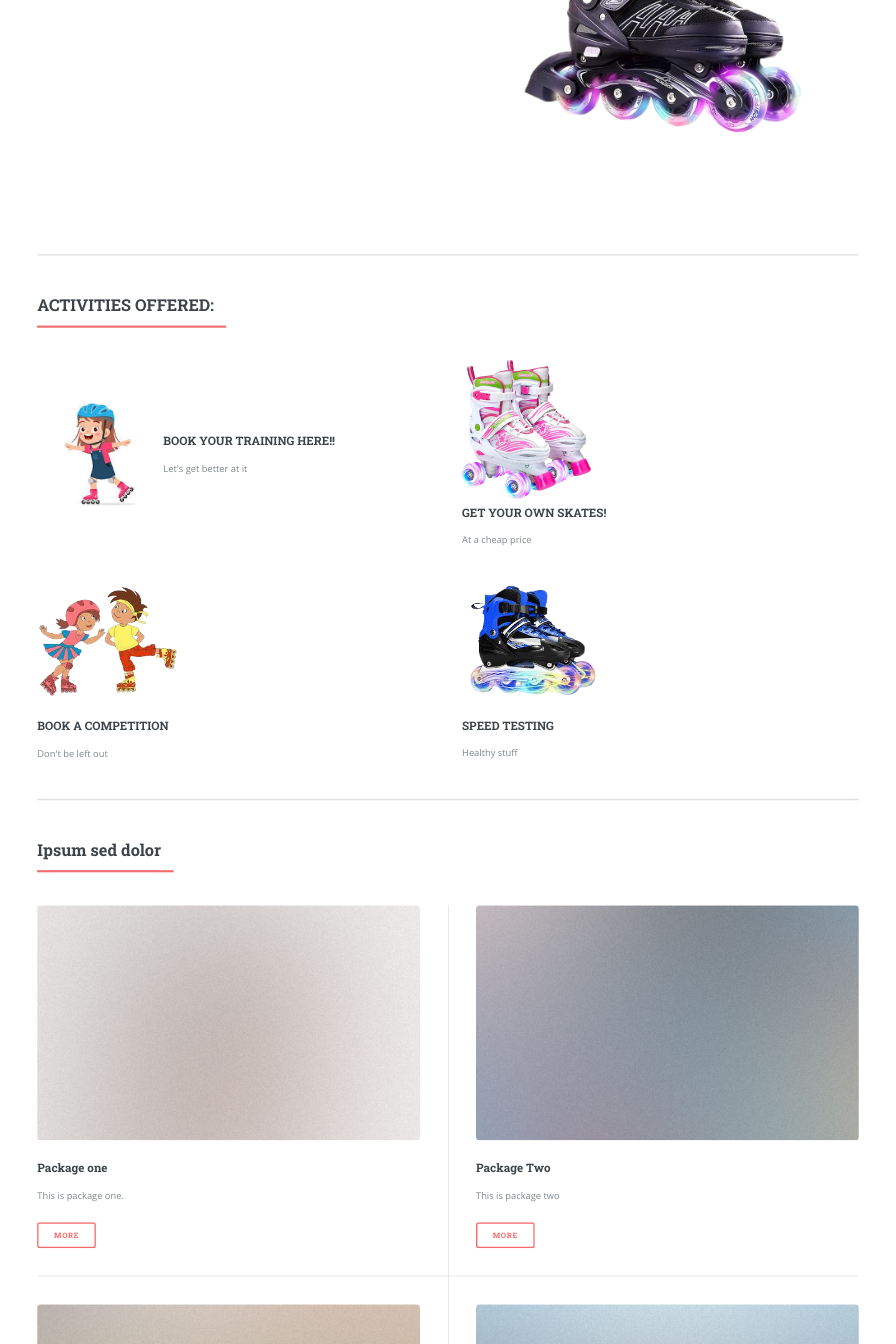
Repository: rachel648/New_Elite
Page: index.html
The author's editor kept a copy of each file at every save. The page is drawn from the files as they stood at one save, then again after the next save.
The browser window is 1280 px wide. The pictures show the part of the page from y = 443 to 2363 px (the page is 3423 px tall), at 70% of full size.

Above is the page before, as saved 2024-10-14 14:21:27.

After the next save:
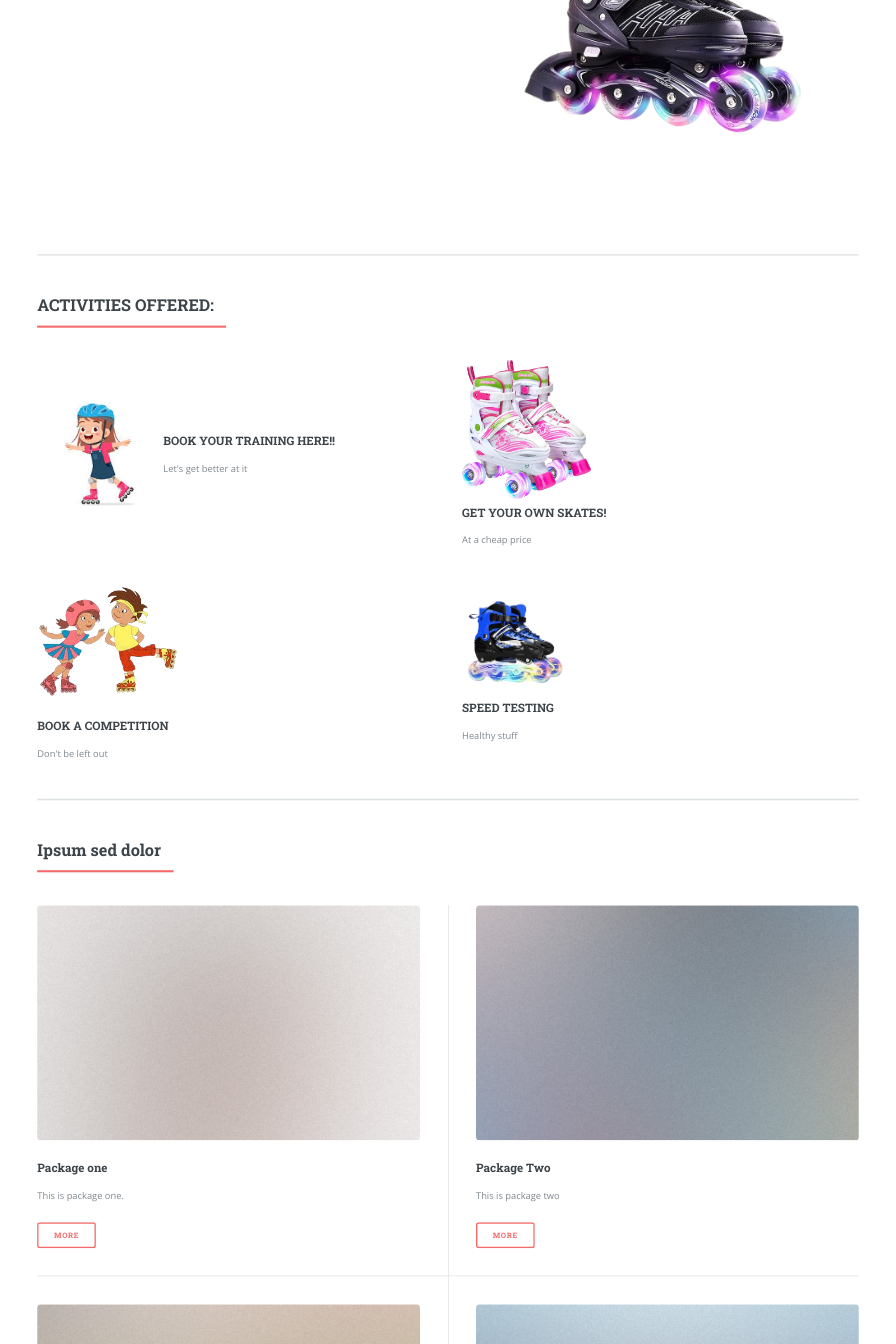
Saved 3 min 56 s later.
--- a/index.html
+++ b/index.html
@@ -76,7 +76,7 @@
 										</article>
 										<article>
 											<span class="image object">
-												<img src="images/blueskates-removebg-preview.png" alt="" style="width: 200px; height: auto;"/>
+												<img src="images/blueskates-removebg-preview.png" alt="" style="width: 150px; height: auto;"/>
 											<div class="content">
 												<h3>SPEED TESTING</h3>
 												<p>Healthy stuff</p>
